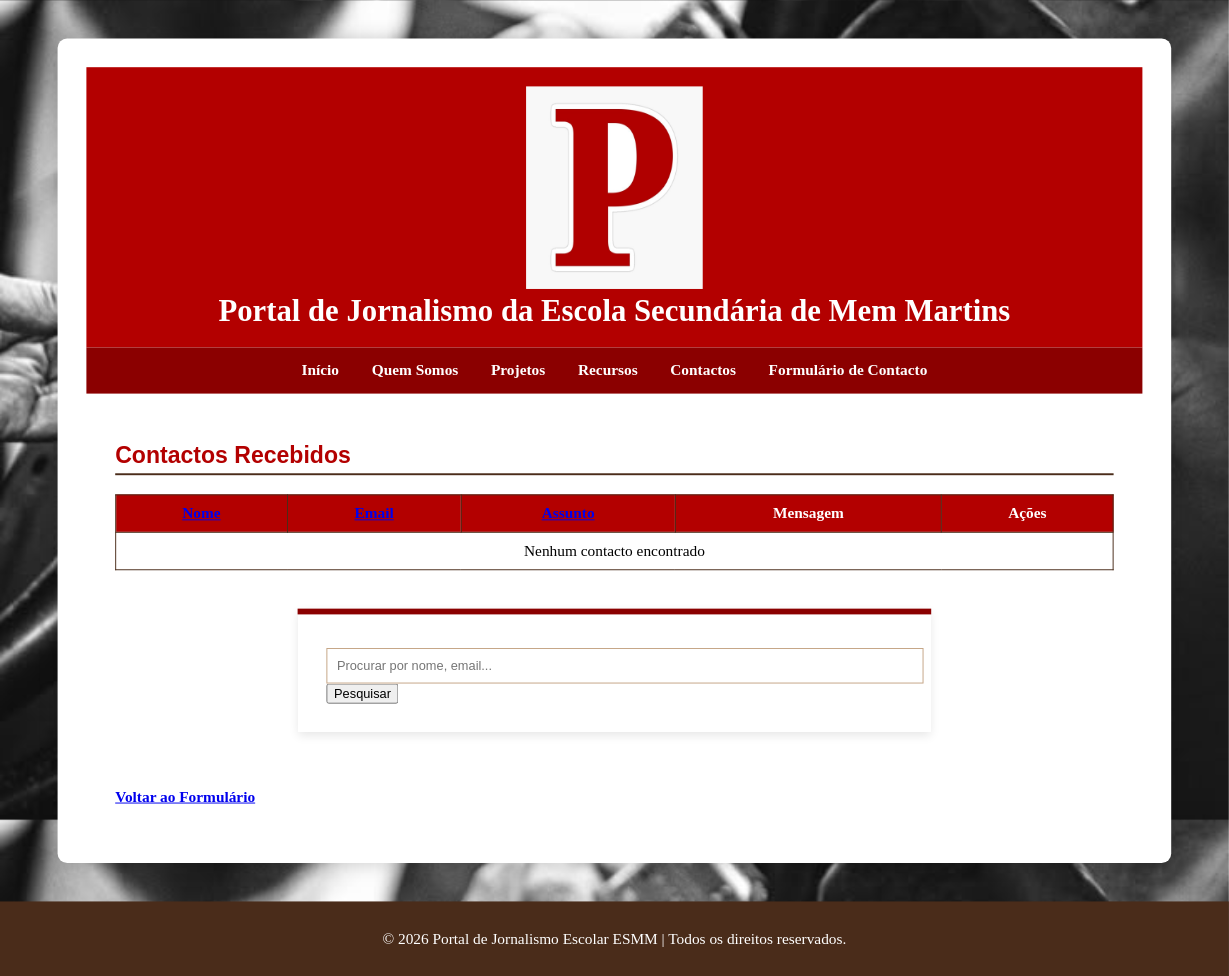
Repository: Sofiampsantos/Portal-de-Jornalismo-Escolar
Page: http://localhost/FormularioContacto/ListarContatosServlet?ordem=nome
These files come from the project's save history. The page is drawn as it stood at one moment and after the next save; the edit follows.
The browser window is 1280 px wide. The pictures show the whole page, at 96% of full size.
Backgrounds fixed to the window are drawn as part of the page. Some web fonts or font styles are not loaded; a fallback is used. The page is served by Tomcat 10. Queries for data that is not in the repository find no rows.

Above is the page before, as saved 2026-05-23 18:10:25.
Console error: ReferenceError: documemnt is not defined

After the next save:
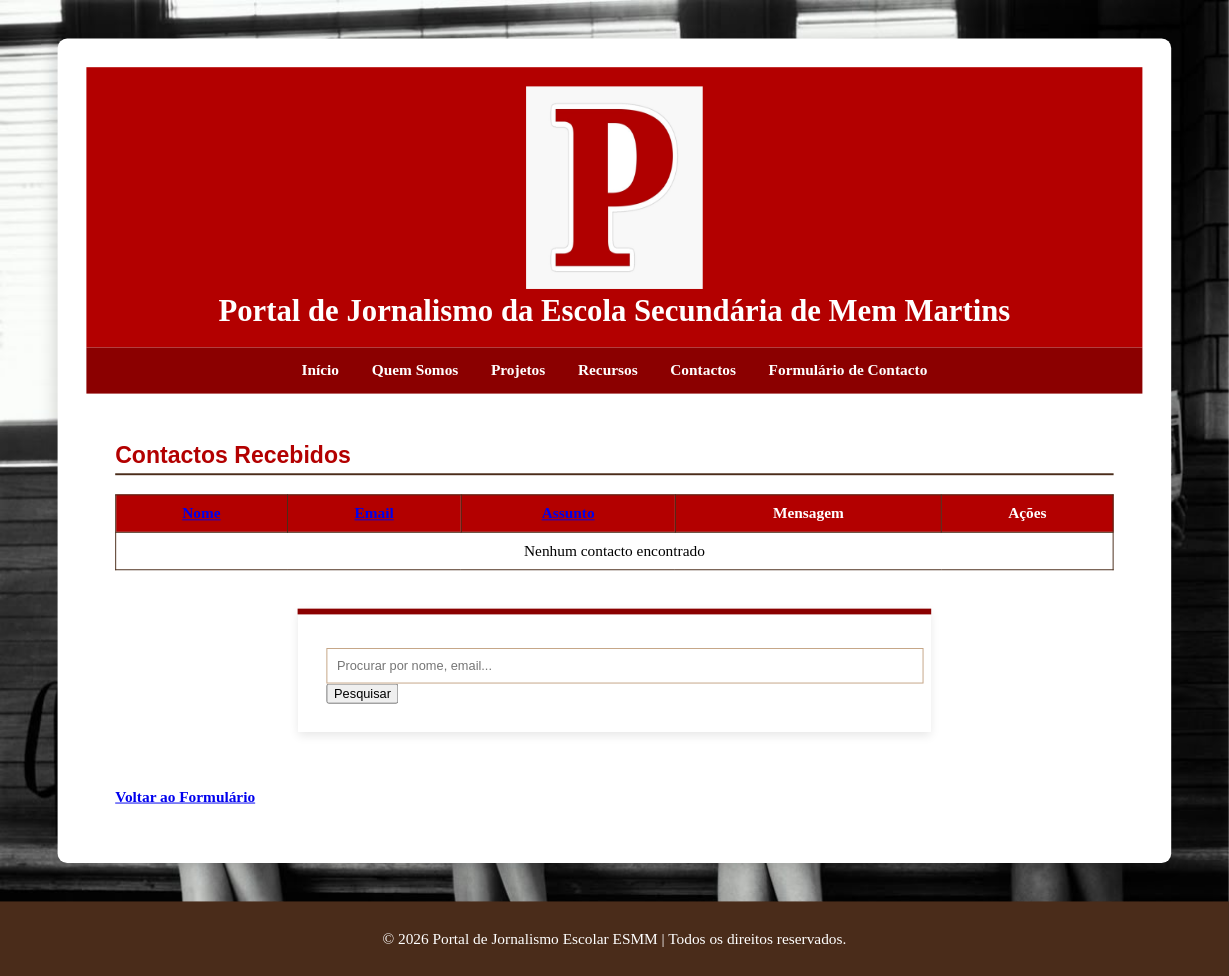
Saved 112 s later.
--- a/ProjetoProgV2/FormularioContacto/src/main/webapp/listar.jsp
+++ b/ProjetoProgV2/FormularioContacto/src/main/webapp/listar.jsp
@@ -9,7 +9,8 @@
 <link rel="stylesheet" href="${pageContext.request.contextPath}/styles/estilo.css">
 </head>
 
-<body style="background-image: url('${pageContext.request.contextPath}/img/jornalismo.jpg'); background-size: cover; background-repeat: no-repeat; background-attachment: fixed; background-position: center;">
+<body style="background-image: url('${pageContext.request.contextPath}/img/jornmulheres.jpg');
+background-size: cover; background-repeat: no-repeat; background-attachment: fixed; background-position: center;">
 
   <div class="container">
 

After the save that followed:
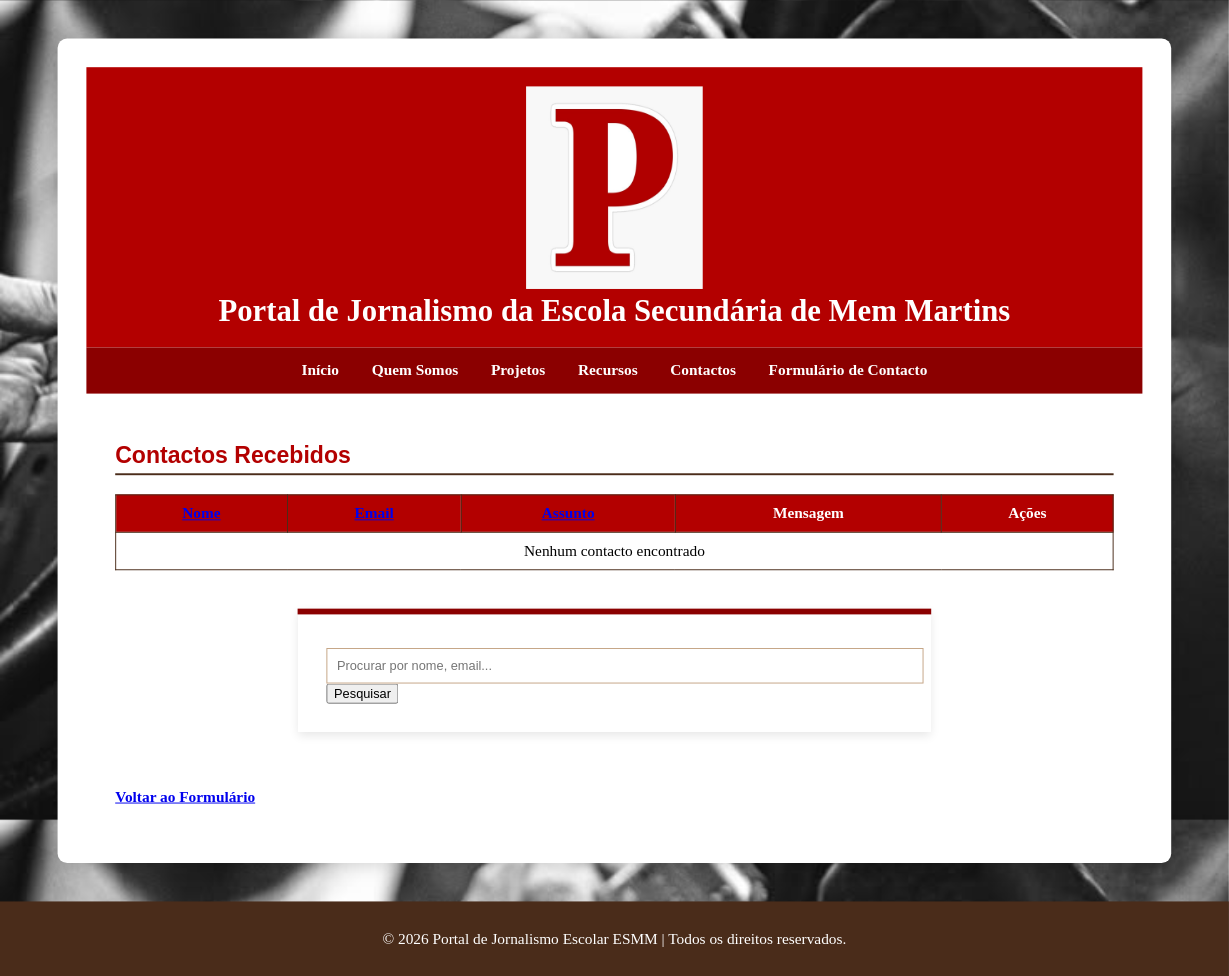
Saved 111 s later.
--- a/ProjetoProgV2/FormularioContacto/src/main/webapp/listar.jsp
+++ b/ProjetoProgV2/FormularioContacto/src/main/webapp/listar.jsp
@@ -9,8 +9,8 @@
 <link rel="stylesheet" href="${pageContext.request.contextPath}/styles/estilo.css">
 </head>
 
-<body style="background-image: url('${pageContext.request.contextPath}/img/jornmulheres.jpg');
-background-size: cover; background-repeat: no-repeat; background-attachment: fixed; background-position: center;">
+<body style="background-image: url('${pageContext.request.contextPath}/img/jornalismo.jpg'); background-size: cover; background-repeat: no-repeat;
+ background-attachment: fixed; background-position: center;">
 
   <div class="container">
 
